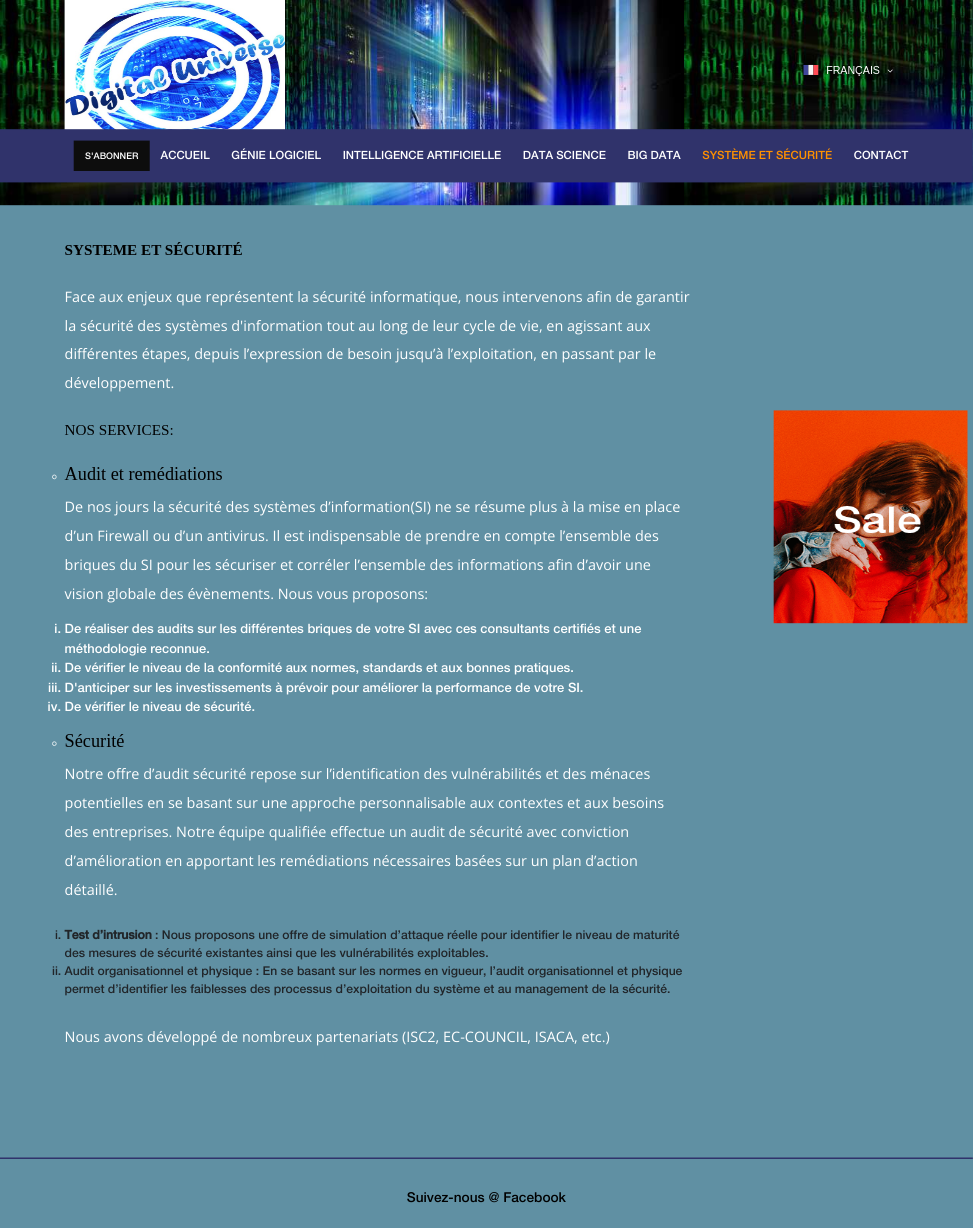
Repository: attoumbre/DATA_SERV
Page: original/secu-info.html
These files come from the project's save history. The page is drawn as it stood at one moment and after the next save; the edit follows.
The browser window is 1280 px wide. The pictures show the part of the page from y = 0 to 1616 px (the page is 2091 px tall before and 2095 px after), at 76% of full size.
A picture or video elsewhere on the page could not be fetched, so the positions and the page height are approximate. Some web fonts or font styles are not loaded; a fallback is used.

Above is the page before, as saved 2020-02-12 05:00:30.
Console error: TypeError: Cannot set properties of null (setting 'onfocus')

After the next save:
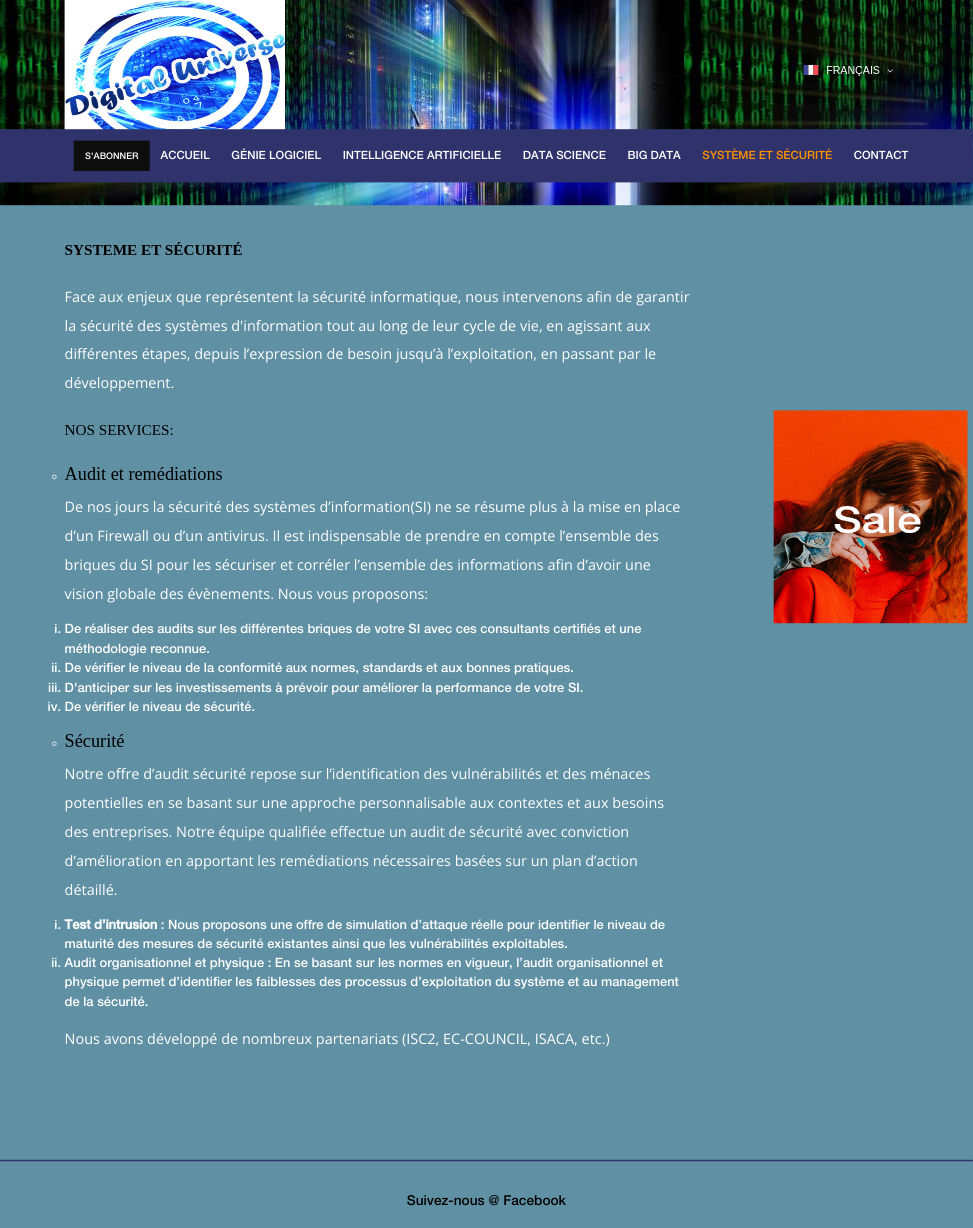
Saved 82 s later.
--- a/original/secu-info.html
+++ b/original/secu-info.html
@@ -183,23 +183,24 @@
                                     <li>
                                         <h4>Sécurité</h4>
                                     </li>
+
+                                    <p> Notre offre d’audit sécurité repose sur l’identification des vulnérabilités et des ménaces potentielles en se basant sur une approche personnalisable aux contextes et aux besoins des entreprises. Notre équipe qualifiée
+                                        effectue un audit de sécurité avec conviction d’amélioration en apportant les remédiations nécessaires basées sur un plan d’action détaillé.
+                                        <ul>
+                                            <li style="list-style-type: lower-roman;">
+
+                                                <B>Test d’intrusion</B> : Nous proposons une offre de simulation d’attaque réelle pour identifier le niveau de maturité des mesures de sécurité existantes ainsi que les vulnérabilités exploitables.
+                                            </li>
+
+                                            <li style="list-style-type: lower-roman;">
+
+                                                Audit organisationnel et physique : En se basant sur les normes en vigueur, l’audit organisationnel et physique permet d’identifier les faiblesses des processus d’exploitation du système et au management de la sécurité.
+                                            </li>
+
+                                        </ul>
+                                    </p>
                                 </ul>
 
-                                <p> Notre offre d’audit sécurité repose sur l’identification des vulnérabilités et des ménaces potentielles en se basant sur une approche personnalisable aux contextes et aux besoins des entreprises. Notre équipe qualifiée
-                                    effectue un audit de sécurité avec conviction d’amélioration en apportant les remédiations nécessaires basées sur un plan d’action détaillé.
-                                    <ul>
-                                        <li style="list-style-type: lower-roman;">
-
-                                            <B>Test d’intrusion</B> : Nous proposons une offre de simulation d’attaque réelle pour identifier le niveau de maturité des mesures de sécurité existantes ainsi que les vulnérabilités exploitables.
-                                        </li>
-
-                                        <li style="list-style-type: lower-roman;">
-
-                                            Audit organisationnel et physique : En se basant sur les normes en vigueur, l’audit organisationnel et physique permet d’identifier les faiblesses des processus d’exploitation du système et au management de la sécurité.
-                                        </li>
-
-                                    </ul>
-                                </p>
 
                                 <P>Nous avons développé de nombreux partenariats (ISC2, EC-COUNCIL, ISACA, etc.) </P>
                             </p>
